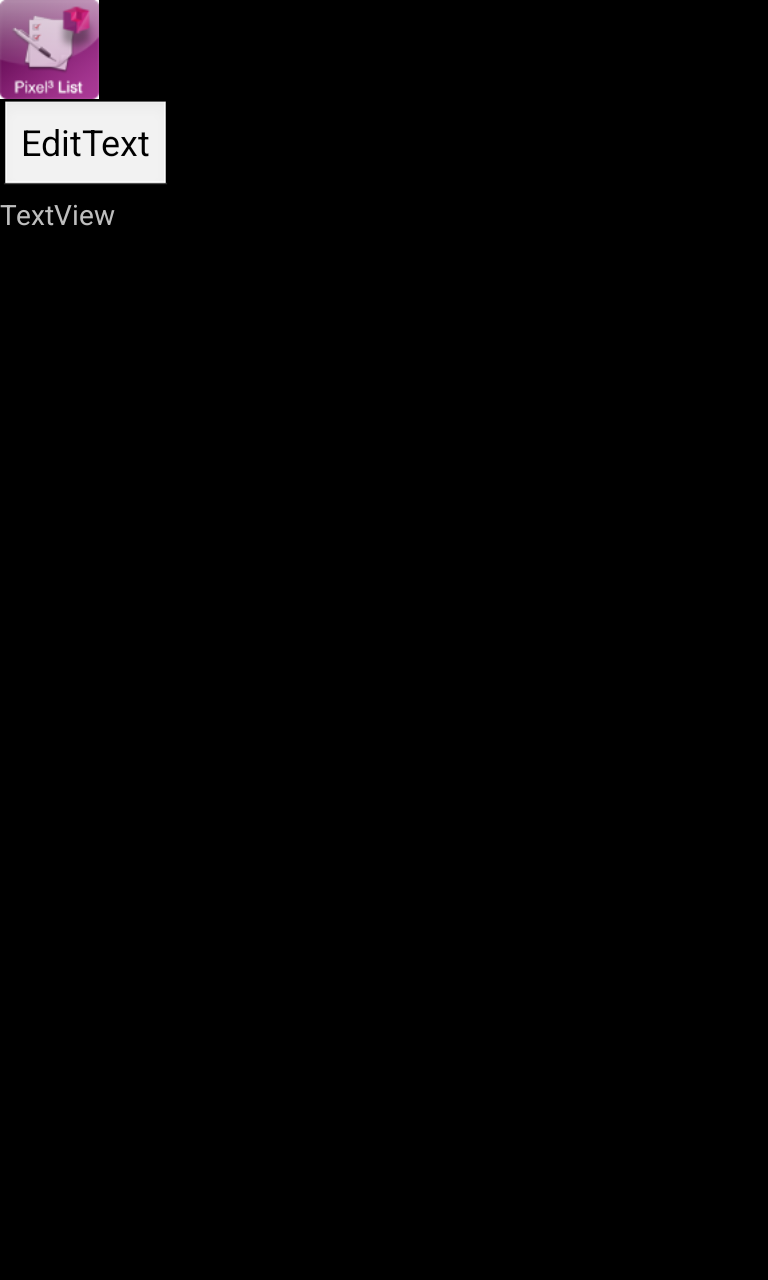
Repository: pixel3mobi/listaDigital
Layout: Pixel3List/res/layout/formaluno.xml
The author's editor kept a copy of each file at every save. The layout is drawn from the files as they stood at one save, then again after the next save.
It is drawn on a 768 x 1280 px phone screen (xhdpi) without system bars, with theme android:Theme; the app's code is not run.

Above is the layout before, as saved 2011-03-22 03:07:10.

After the next save:
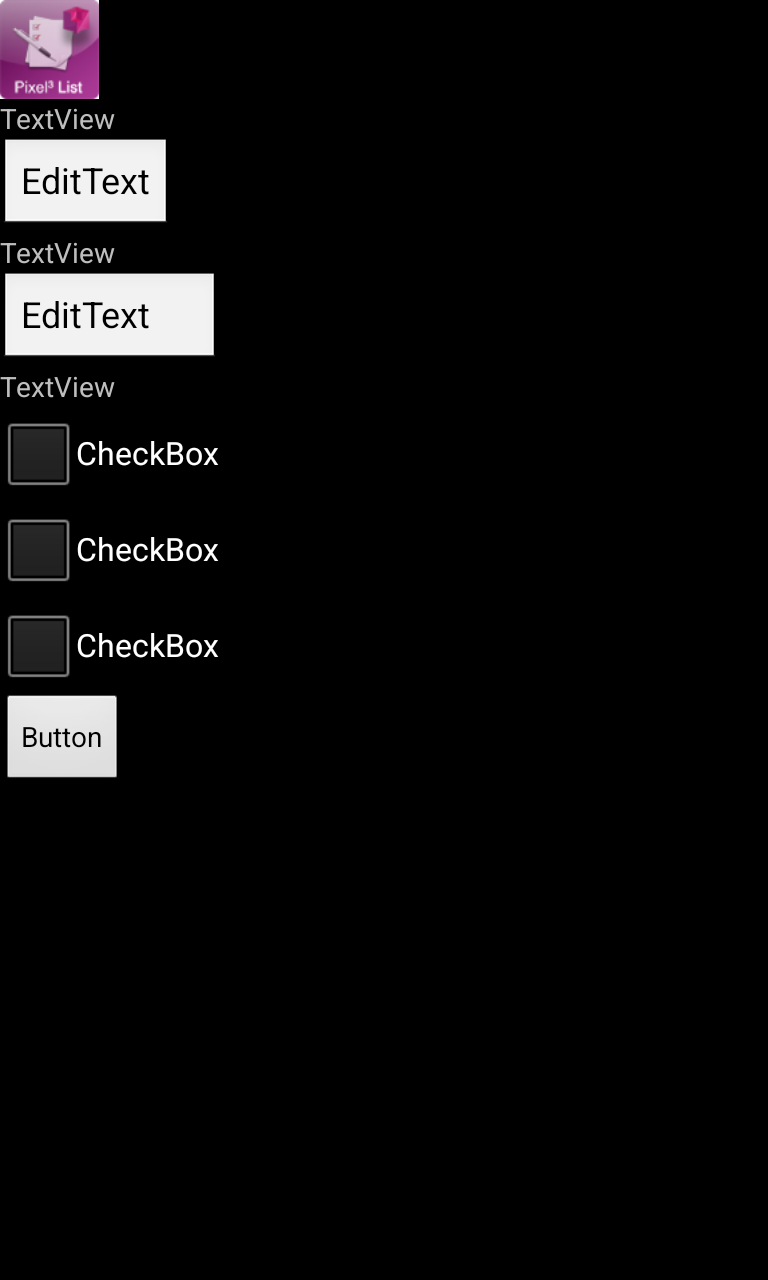
Saved 62 s later.
--- a/Pixel3List/res/layout/formaluno.xml
+++ b/Pixel3List/res/layout/formaluno.xml
@@ -5,7 +5,14 @@
   android:layout_height="fill_parent">
     <ImageView android:src="@drawable/icon" android:id="@+id/imageView1" android:layout_width="wrap_content" android:layout_height="wrap_content" android:layout_alignParentLeft="true"></ImageView>
     <LinearLayout android:orientation="vertical" android:layout_below="@+id/imageView1" android:id="@+id/linearLayout1" android:layout_width="wrap_content" android:layout_height="wrap_content" android:layout_alignLeft="@+id/imageView1">
-        <EditText android:text="EditText" android:id="@+id/editText1" android:layout_width="wrap_content" android:layout_height="wrap_content"></EditText>
         <TextView android:text="TextView" android:id="@+id/textView1" android:layout_width="wrap_content" android:layout_height="wrap_content"></TextView>
+        <EditText android:layout_height="wrap_content" android:text="EditText" android:id="@+id/editText1" android:layout_width="wrap_content"></EditText>
+        <TextView android:text="TextView" android:id="@+id/textView2" android:layout_width="wrap_content" android:layout_height="wrap_content"></TextView>
+        <EditText android:layout_height="wrap_content" android:text="EditText" android:id="@+id/editText2" android:layout_width="fill_parent"></EditText>
+        <TextView android:text="TextView" android:id="@+id/textView3" android:layout_width="wrap_content" android:layout_height="wrap_content"></TextView>
+        <CheckBox android:text="CheckBox" android:id="@+id/checkBox1" android:layout_width="wrap_content" android:layout_height="wrap_content"></CheckBox>
+        <CheckBox android:text="CheckBox" android:id="@+id/checkBox2" android:layout_width="wrap_content" android:layout_height="wrap_content"></CheckBox>
+        <CheckBox android:text="CheckBox" android:id="@+id/checkBox3" android:layout_width="wrap_content" android:layout_height="wrap_content"></CheckBox>
+        <Button android:text="Button" android:id="@+id/button1" android:layout_width="wrap_content" android:layout_height="wrap_content"></Button>
     </LinearLayout>
 </RelativeLayout>
